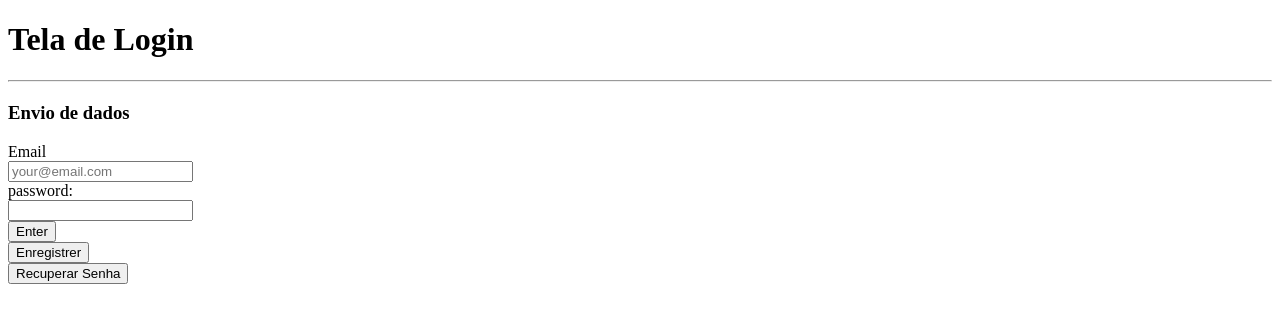
Repository: MarcioFreitasUFSC21/FrontEnd-part-1
Page: index.html
The author's editor kept a copy of each file at every save. The page is drawn from the files as they stood at one save, then again after a run of saves.
The browser window is 1280 px wide. The pictures show the whole page.

Above is the page before, as saved 2023-04-22 19:59:25.

After the next 3 saves:
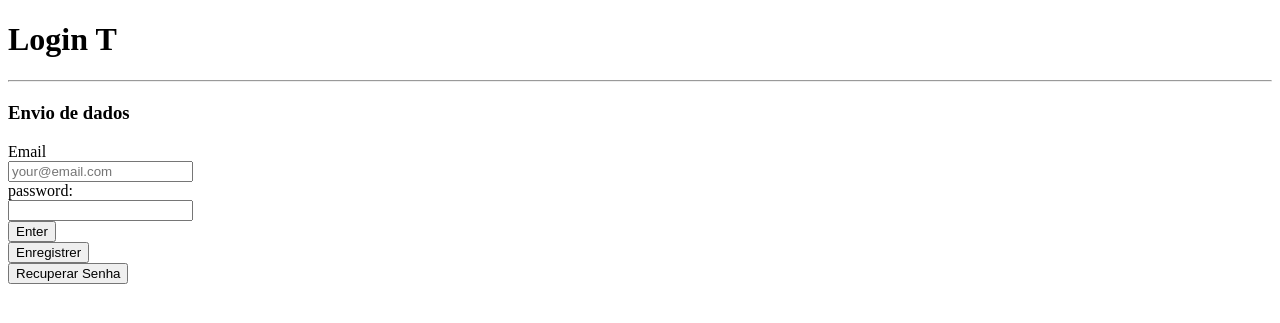
The 3 saves are shown as one change because they came seconds apart.
The last was saved 54 s later.
--- a/index.html
+++ b/index.html
@@ -8,7 +8,7 @@
     <link rel = "stylesheets" href = "style.css">
 </head>
 <body>
-    <h1> Tela de Login </h1>
+    <h1> Login T </h1>
     <hr>
     <form>
             <h2>
